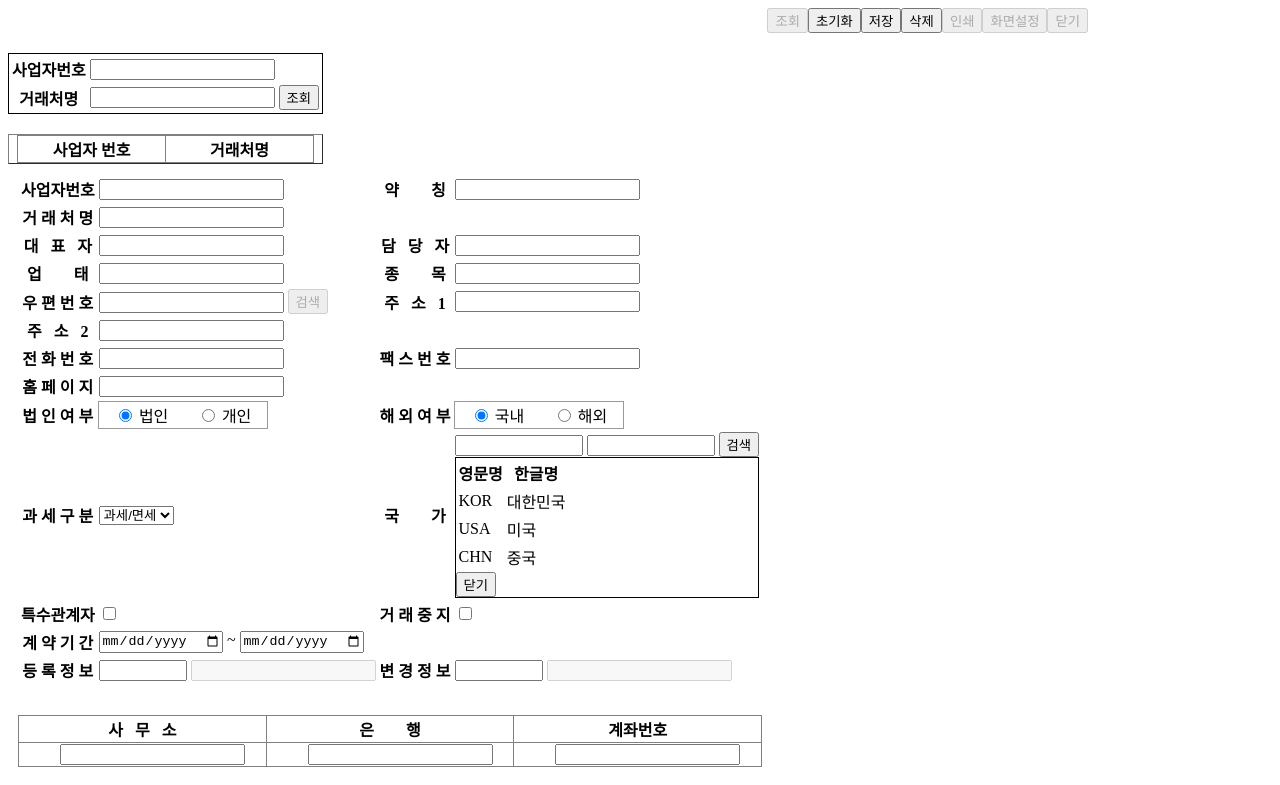
Repository: Chocobe/-practice-FrontSide-Tip
Page: http://localhost/wishTestProject/views/accountManager/accountManagerView.jsp
An editor plug-in stored every save of this project. The page is shown before and after the next save, followed by the edit.
The browser window is 1280 px wide. The pictures show the whole page.
The page is served by Tomcat 9. Nobody is signed in. The application's start-up code is not run. Other server files are loaded and not shown.

Above is the page before, as saved 2020-02-27 08:00:20.

### wishTest/wishTestProject/WebContent/views/accountManager/accountManagerView.jsp
<%@page import="java.util.Date"%>
<%@page import="java.io.File"%>
<%@ page
	language="java"
	contentType="text/html;charset=UTF-8"
	pageEncoding="UTF-8"

	info="거래처 관리 페이지"
%>

<%@ taglib prefix="c" uri="http://java.sun.com/jsp/jstl/core" %>

<c:set var="contextPath" value="<%= request.getContextPath() %>"/>


<%
	String accountManagerView_css = application.getRealPath("/css/accountManager/accountManagerView.css");
	File accountManagerView_css_file = new File(accountManagerView_css);
	Date accountManagerView_css_ver = new Date(accountManagerView_css_file.lastModified());

	String accountManagerView_js = application.getRealPath("/js/accountManager/accountManagerView.js");
	File accountManagerView_js_file = new File(accountManagerView_js);
	Date accountManagerView_js_ver = new Date(accountManagerView_js_file.lastModified());
%>

<c:set var="accountManagerView_css_ver" value="<%= accountManagerView_css_ver %>"/>
<c:set var="accountManagerView_js_ver" value="<%= accountManagerView_js_ver %>"/>


<!DOCTYPE html>
<html lang="ko">
    <head>
        <meta charset="UTF-8">
        <title>거래처 관리</title>

        <link href="${contextPath}/css/accountManager/accountManagerView.css?ver=${accountManagerView_css_ver}" rel="stylesheet" type="text/css">
    </head>

    <body>
        <div class="wrap">
            <!-- 버튼 컨테이너 -->
            <div class="buttonContainer">
                <input type="button" class="search" value="조회" disabled>
                <input type="button" class="init" value="초기화" onclick="initPage(`${contextPath}`);">
                <input type="button" class="insert" value="저장" onclick="insertData(`${contextPath}`);">
                <input type="button" class="delete" value="삭제" onclick="deleteData(`${contextPath}`);">
                <input type="button" class="print" value="인쇄" disabled>
                <input type="button" class="config" value="화면설정" disabled>
                <input type="button" class="close" value="닫기" disabled>
            </div>


            <!-- 검색 컨테이너 -->
            <div class="searchContainer">
                <!-- 검색창 -->
                <div class="searchInnerContainer">
                    <table>
                        <tr>
                            <th>사업자번호</th>

                            <td>
                                <input type="text" name="voBusiNum" class="searchVoBusiNum">
                            </td>

                            <td></td>
                        </tr>

                        <tr>
                            <th>거래처명</th>

                            <td>
                                <input type="text" name="voCustom" class="searchVoCustom">
                            </td>

                            <td>
                                <input type="submit" value="조회" onclick="searchData(`${contextPath}`);">
                            </td>
                        </tr>
                    </table>
                </div>


                <!-- 검색 결과창 -->
                <div class="resultContainer">
                    <table border="1" style="border-collapse: collapse">
                        <tr>
                            <th>사업자 번호</th>
                            <th>거래처명</th>
                        </tr>
                    </table>
                </div>
            </div>


            <!-- 입력 컨테이너 -->
            <!-- "저장"버튼 - js로 submit() -->
            <div class="insertContainer">
                <form class="insertForm" action="${contextPath}/insertCustom.do" method="POST">
                    <table>
                        <tr>
                            <th>사업자번호</th>

                            <td>
                                <input type="text" name="voBusiNum" class="voBusiNum">
                                <input type="hidden" name="voBusiNumOrigin" class="voBusiNumOrigin">
                            </td>


                            <th>약&nbsp;&nbsp;&nbsp;&nbsp;&nbsp;&nbsp;&nbsp;&nbsp;칭</th>

                            <td>
                                <input type="text" name="voShort" class="voShort">
                            </td>
                        </tr>

                        <tr>
                            <th>거 래 처 명</th>

                            <td colspan="4">
                                <input type="text" name="voCustom" class="voCustom longBox">
                            </td>
                        </tr>

                        <tr>
                            <th>대&nbsp;&nbsp;&nbsp;표&nbsp;&nbsp;&nbsp;자</th>

                            <td>
                                <input type="text" name="voCEO" class="voCEO">
                            </td>


                            <th>담&nbsp;&nbsp;&nbsp;당&nbsp;&nbsp;&nbsp;자</th>

                            <td>
                                <input type="text" name="voChargePerson" class="voChargePerson">
                            </td>
                        </tr>

                        <tr>
                            <th>업&nbsp;&nbsp;&nbsp;&nbsp;&nbsp;&nbsp;&nbsp;&nbsp;태</th>

                            <td>
                                <input type="text" name="voBusiCondition" class="voBusiCondition">
                            </td>


                            <th>종&nbsp;&nbsp;&nbsp;&nbsp;&nbsp;&nbsp;&nbsp;&nbsp;목</th>

                            <td>
                                <input type="text" name="voItem" class="voItem">
                            </td>
                        </tr>

                        <tr>
                            <th>우 편 번 호</th>

                            <td>
                                <input type="text" name="voPostNum" class="voPostNum">
                                <input type="button" class="postSearchButton" value="검색" disabled>
                            </td>

                            <th>주&nbsp;&nbsp;&nbsp;소&nbsp;&nbsp;&nbsp;1</th>

                            <td>
                                <input type="text" name="voAddr1" class="voAddr1">
                            </td>
                        </tr>

                        <tr>
                            <th>주&nbsp;&nbsp;&nbsp;소&nbsp;&nbsp;&nbsp;2</th>

                            <td colspan="3">
                                <input type="text" name="voAddr2" class="voAddr2">
                            </td>
                        </tr>

                        <tr>
                            <th>전 화 번 호</th>

                            <td>
                                <input type="text" name="voTEL" class="voTEL">
                            </td>

                            <th>팩 스 번 호</th>

                            <td>
                                <input type="text" name="voFAX" class="voFAX">
                            </td>
                        </tr>

                        <tr>
                            <th>홈 페 이 지</th>

                            <td colspan="3">
                                <input type="text" name="voHomePage" class="voHomePage">
                            </td>
                        </tr>

                        <tr>
                            <th>법 인 여 부</th>

                            <td class="alignTD" style="border: 1px solid #999;">
                                <div class="radioWrap">
                                    <input type="radio" name="voCoYN" class="voCoYN voCoYN_Y" id="voCoYN_L" value="Y" checked>
                                    <label for="voCoYN_L">법인</label>
                                </div>

                                <div class="radioWrap">
                                    <input type="radio" name="voCoYN" class="voCoYN voCoYN_N" id="voCoYN_P" value="N">
                                    <label for="voCoYN_P">개인</label>
                                </div>
                            </td>

                            <th>해 외 여 부</th>

                            <td class="alignTD" style="border: 1px solid #999;">
                                <div class="radioWrap">
                                    <input type="radio" name="voForeignYN" class="voForeignYN voForeignYN_N" id="voForeignYN_L" value="N" checked>
                                    <label for="voForeignYN_L">국내</label>
                                </div>

                                <div class="radioWrap">
                                    <input type="radio" name="voForeignYN" class="voForeignYN voForeignYN_Y" id="voForeignYN_P" value="Y">
                                    <label for="voForeignYN_P">해외</label>
                                </div>
                            </td>
                        </tr>

                        <tr>
                            <th>과 세 구 분</th>

                            <td>
                                <select name="voTaxYN" class="voTaxYN">
                                    <option value="Y" selected>과세/면세</option>
                                    <option value="N">비과세</option>
                                </select>
                            </td>

                            <th>국&nbsp;&nbsp;&nbsp;&nbsp;&nbsp;&nbsp;&nbsp;&nbsp;가</th>

                            <td>
                                <!-- 수정불가로 변경할 것 -->
                                <input type="text" name="voCountryENG" class="voCountryENG">
                                <input type="text" name="voCountryKOR" class="voCountryKOR">

                                <!-- js로 국가 목록 출력 & 위의 입력값에 대입 -->
                                <input type="button" value="검색" onclick="">

                                <div class="countryPop">
                                    <table>
                                        <tr>
                                            <th>영문명</th>
                                            <th>한글명</th>
                                        </tr>

                                        <tr>
                                            <td>KOR</td>
                                            <td>대한민국</td>
                                        </tr>

                                        <tr>
                                            <td>USA</td>
                                            <td>미국</td>
                                        </tr>

                                        <tr>
                                            <td>CHN</td>
                                            <td>중국</td>
                                        </tr>
                                    </table>

                                    <input type="button" class="countryPopCloseButton" value="닫기" onclick="">
                                </div>
                            </td>
                        </tr>

                        <tr>
                            <th>특수관계자</th>

                            <td>
                                <input type="checkbox" name="voSpecialRelation" class="voSpecialRelation" value="Y">
                            </td>

                            <th>거 래 중 지</th>

                            <td>
                                <input type="checkbox" name="voTradeStop" class="voTradeStop" value="Y">
                            </td>
                        </tr>

                        <tr>
                            <th>계 약 기 간</th>

                            <td colspan="3">
                                <input type="date" name="voContractPeriod_S" class="voContractPeriod_S">
                                ~
                                <input type="date" name="voContractPeriod_E" class="voContractPeriod_E">
                            </td>
                        </tr>

                        <tr>
                            <th>등 록 정 보</th>

                            <td>
                                <input type="text" name="voRegiInfoMan" class="voRegiInfoMan">
                                <input type="text" name="voRegiInfoDate" class="voRegiInfoDate" disabled>
                            </td>

                            <th>변 경 정 보</th>

                            <td>
                                <input type="text" name="voModiInfoMan" class="voModiInfoMan">
                                <input type="text" name="voModiInfoDate" class="voModiInfoDate" disabled>
                            </td>
                        </tr>
                    </table>


                    <!-- 거래처 계좌정보 -->
                    <table class="accountInfoTable" border="1" style="border-collapse: collapse;">
                        <tr>
                            <th>사&nbsp;&nbsp;&nbsp;무&nbsp;&nbsp;&nbsp;소</th>
                            <th>은&nbsp;&nbsp;&nbsp;&nbsp;&nbsp;&nbsp;&nbsp;&nbsp;행</th>
                            <th>계좌번호</th>
                        </tr>

                        <tr>
                            <td>
                                <input type="text" name="voFactory" class="voFactory">
                            </td>

                            <td>
                                <input type="text" name="voTradeBank" class="voTradeBank">
                            </td>

                            <td>
                                <input type="text" name="voAccountNum" class="voAccountNum">
                            </td>
                        </tr>
                    </table>
                </form>
            </div>
        </div>


        <script src="http://code.jquery.com/jquery-latest.min.js"></script>
        <script src="${contextPath}/js/accountManager/accountManagerView.js?ver=${accountManagerView_js_ver}" type="text/javascript"></script>
    </body>
</html>

### wishTest/wishTestProject/WebContent/css/accountManager/accountManagerView.css
@charset "UTF-8";

/* .wrap */
    .wrap {
        width: 1080px;

        display: flex;
        flex-flow: row wrap;

        position: relative;
    }


/* .buttonContainer */
    .buttonContainer {
        width: 100%;

        margin-bottom: 20px;

        display: flex;
        flex-flow: row wrap;
        justify-content: flex-end;
    }


/* .searchContainer */
    .searchContainer {
        margin-right: 10px;
        position: relative;
    }


    /* .searchInnerContainer */
    .searchContainer .searchInnerContainer {
        border: 1px solid #000;

        margin-bottom: 20px;
    }


    /* .resultContainer */
    .searchContainer .resultContainer {
    }

    .searchContainer .resultContainer table {
        display: flex;
        justify-content: center;
    }

    .searchContainer .resultContainer table tr th,
    .searchContainer .resultContainer table tr td {
        width: 145px;

        text-align: center;
    }



    .insertContainer .insertForm {
        padding: 10px;

        position: relative;
    }

    .insertContainer .insertForm tr .alignTD {
        width: 166px;

        display: flex;
        flex-flow: row wrap;
        justify-content: space-around;
    }

    .insertContainer .insertForm .voCountryENG,
    .insertContainer .insertForm .voCountryKOR {
        width: 120px;
    }


    .insertContainer .insertForm .countryPop {
    	border: 1px solid #000;

    	display: fixed;
    }



    /* .accountInfoTable */
    .accountInfoTable {
        width: 100%;

        margin-top: 30px;
    }

    .accountInfoTable tr td input {
        margin-left: 40px;
        text-align: center;
    }

    .voRegiInfoMan,
    .voModiInfoMan {
    	width: 80px;
    }

Loaded but not shown: wishTest/wishTestProject/WebContent/js/accountManager/accountManagerView.js (223 lines, source omitted)

After the next save:
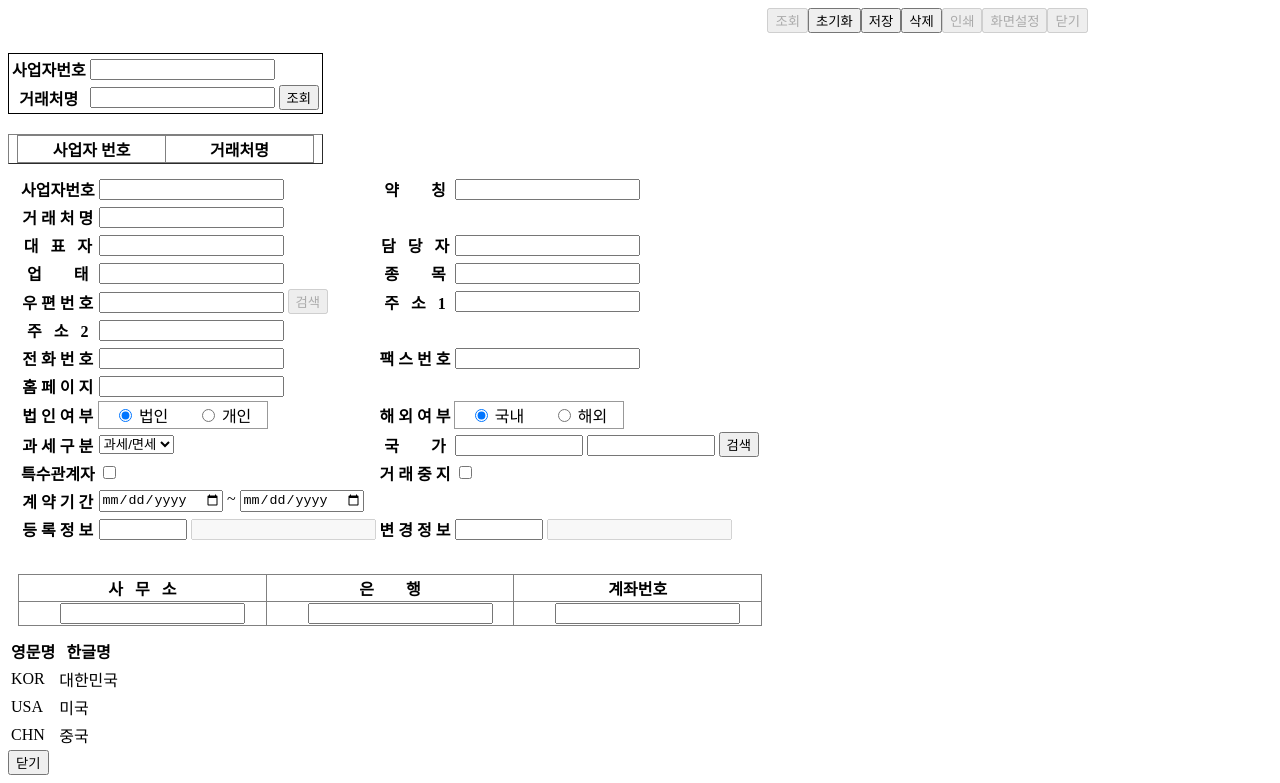
Saved 43 s later.
--- a/wishTest/wishTestProject/WebContent/views/accountManager/accountManagerView.jsp
+++ b/wishTest/wishTestProject/WebContent/views/accountManager/accountManagerView.jsp
@@ -245,6 +245,78 @@
 
                                 <!-- js로 국가 목록 출력 & 위의 입력값에 대입 -->
                                 <input type="button" value="검색" onclick="">
+                            </td>
+                        </tr>
+
+                        <tr>
+                            <th>특수관계자</th>
+
+                            <td>
+                                <input type="checkbox" name="voSpecialRelation" class="voSpecialRelation" value="Y">
+                            </td>
+
+                            <th>거 래 중 지</th>
+
+                            <td>
+                                <input type="checkbox" name="voTradeStop" class="voTradeStop" value="Y">
+                            </td>
+                        </tr>
+
+                        <tr>
+                            <th>계 약 기 간</th>
+
+                            <td colspan="3">
+                                <input type="date" name="voContractPeriod_S" class="voContractPeriod_S">
+                                ~
+                                <input type="date" name="voContractPeriod_E" class="voContractPeriod_E">
+                            </td>
+                        </tr>
+
+                        <tr>
+                            <th>등 록 정 보</th>
+
+                            <td>
+                                <input type="text" name="voRegiInfoMan" class="voRegiInfoMan">
+                                <input type="text" name="voRegiInfoDate" class="voRegiInfoDate" disabled>
+                            </td>
+
+                            <th>변 경 정 보</th>
+
+                            <td>
+                                <input type="text" name="voModiInfoMan" class="voModiInfoMan">
+                                <input type="text" name="voModiInfoDate" class="voModiInfoDate" disabled>
+                            </td>
+                        </tr>
+                    </table>
+
+
+                    <!-- 거래처 계좌정보 -->
+                    <table class="accountInfoTable" border="1" style="border-collapse: collapse;">
+                        <tr>
+                            <th>사&nbsp;&nbsp;&nbsp;무&nbsp;&nbsp;&nbsp;소</th>
+                            <th>은&nbsp;&nbsp;&nbsp;&nbsp;&nbsp;&nbsp;&nbsp;&nbsp;행</th>
+                            <th>계좌번호</th>
+                        </tr>
+
+                        <tr>
+                            <td>
+                                <input type="text" name="voFactory" class="voFactory">
+                            </td>
+
+                            <td>
+                                <input type="text" name="voTradeBank" class="voTradeBank">
+                            </td>
+
+                            <td>
+                                <input type="text" name="voAccountNum" class="voAccountNum">
+                            </td>
+                        </tr>
+                    </table>
+                </form>
+            </div>
+        </div>
+
+
 
                                 <div class="countryPop">
                                     <table>
@@ -271,76 +343,6 @@
 
                                     <input type="button" class="countryPopCloseButton" value="닫기" onclick="">
                                 </div>
-                            </td>
-                        </tr>
-
-                        <tr>
-                            <th>특수관계자</th>
-
-                            <td>
-                                <input type="checkbox" name="voSpecialRelation" class="voSpecialRelation" value="Y">
-                            </td>
-
-                            <th>거 래 중 지</th>
-
-                            <td>
-                                <input type="checkbox" name="voTradeStop" class="voTradeStop" value="Y">
-                            </td>
-                        </tr>
-
-                        <tr>
-                            <th>계 약 기 간</th>
-
-                            <td colspan="3">
-                                <input type="date" name="voContractPeriod_S" class="voContractPeriod_S">
-                                ~
-                                <input type="date" name="voContractPeriod_E" class="voContractPeriod_E">
-                            </td>
-                        </tr>
-
-                        <tr>
-                            <th>등 록 정 보</th>
-
-                            <td>
-                                <input type="text" name="voRegiInfoMan" class="voRegiInfoMan">
-                                <input type="text" name="voRegiInfoDate" class="voRegiInfoDate" disabled>
-                            </td>
-
-                            <th>변 경 정 보</th>
-
-                            <td>
-                                <input type="text" name="voModiInfoMan" class="voModiInfoMan">
-                                <input type="text" name="voModiInfoDate" class="voModiInfoDate" disabled>
-                            </td>
-                        </tr>
-                    </table>
-
-
-                    <!-- 거래처 계좌정보 -->
-                    <table class="accountInfoTable" border="1" style="border-collapse: collapse;">
-                        <tr>
-                            <th>사&nbsp;&nbsp;&nbsp;무&nbsp;&nbsp;&nbsp;소</th>
-                            <th>은&nbsp;&nbsp;&nbsp;&nbsp;&nbsp;&nbsp;&nbsp;&nbsp;행</th>
-                            <th>계좌번호</th>
-                        </tr>
-
-                        <tr>
-                            <td>
-                                <input type="text" name="voFactory" class="voFactory">
-                            </td>
-
-                            <td>
-                                <input type="text" name="voTradeBank" class="voTradeBank">
-                            </td>
-
-                            <td>
-                                <input type="text" name="voAccountNum" class="voAccountNum">
-                            </td>
-                        </tr>
-                    </table>
-                </form>
-            </div>
-        </div>
 
 
         <script src="http://code.jquery.com/jquery-latest.min.js"></script>
